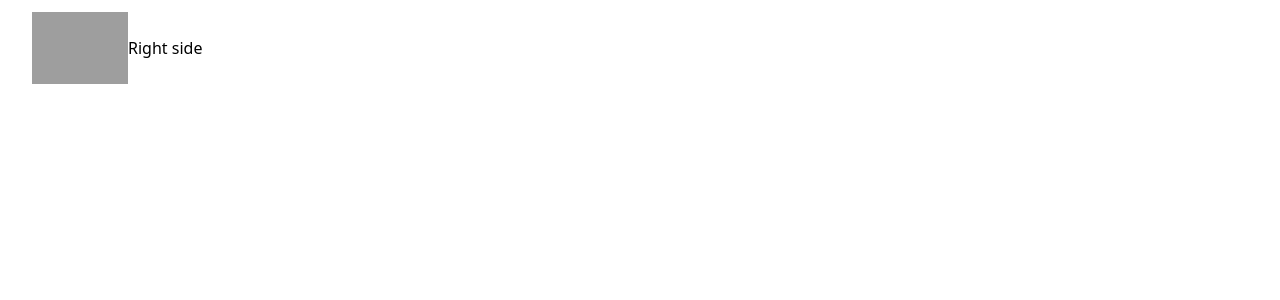
Repository: Mardoqueu/insta-v1
Page: /
An editor plug-in stored every save of this project. The page is shown before and after the next save, followed by the edit.
The browser window is 1280 px wide. The pictures show the whole page.
Pictures or frames that could not be fetched are drawn as grey boxes. The project was rebuilt for these pictures with package versions that can differ from the ones it lists, and the page was loaded fresh each time. The framework's server and built-in components were replaced by stand-ins that run in the browser. Also part of the build but not shown: next.config.js.

Above is the page before, as saved 2022-08-25 09:11:03.

After the next save:
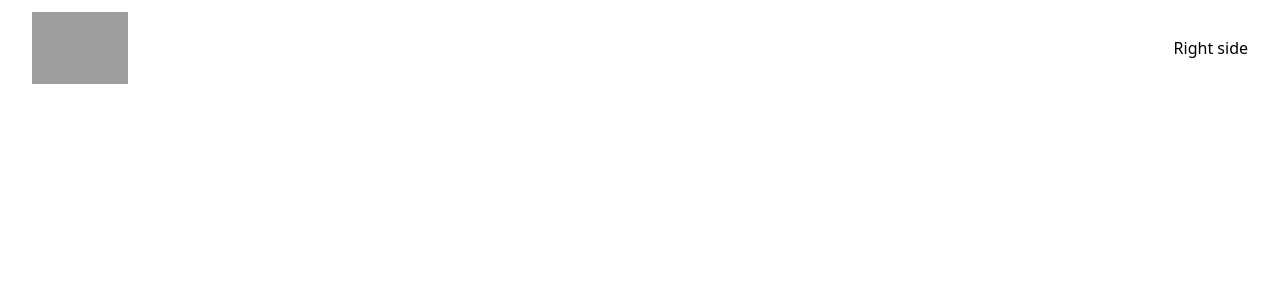
Saved 21 s later.
--- a/pages/components/Header.js
+++ b/pages/components/Header.js
@@ -5,7 +5,7 @@
   return (
     <div className=''>
         {/*Left*/}
-        <div className="flex items-center">
+        <div className="flex items-center justify-between">
             <div className="cursor-pointer h-24 w-24 relative hidden lg:inline-grid">
             <Image
                 src="http://www.jennexplores.com/wp-content/uploads/2015/09/Instagram_logo_black.png"
